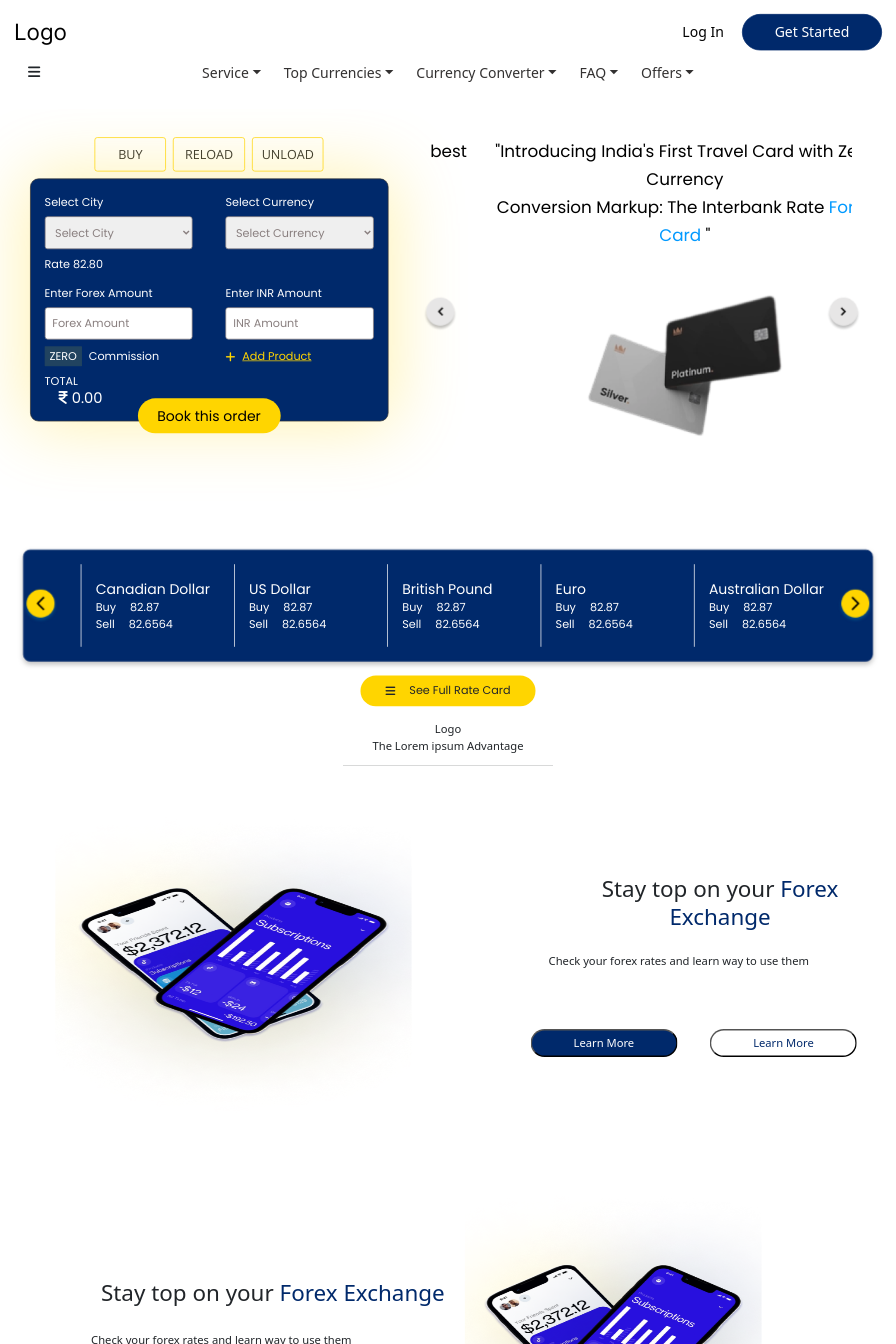
Repository: FlyweisReact/Akshadeep-latest
Page: /
These files come from the project's save history. The page is drawn as it stood at one moment and after the next save; the edit follows.
The browser window is 1280 px wide. The pictures show the part of the page from y = 0 to 1920 px (the page is 4613 px tall), at 70% of full size.
Some web libraries are served in a nearby version. The project was rebuilt for these pictures with package versions that can differ from the ones it lists, and the page was loaded fresh each time. Also part of the build but not shown: src/components/exchange.jsx, src/components/order_p1.jsx, src/components/order_p2.jsx, src/components/faas.jsx, src/components/offer.jsx, src/components/main2.jsx, src/components/home.jsx, src/components/slider.jsx and 6 more.

Above is the page before, as saved 2023-05-23 15:58:44.

### public/index.html
<!DOCTYPE html>
<html lang="en">
  <head>
    <meta charset="utf-8" />
    <link rel="icon" href="%PUBLIC_URL%/favicon.ico" />
    <meta name="viewport" content="width=device-width, initial-scale=1" />
    <meta name="theme-color" content="#000000" />
    <meta
      name="description"
      content="Web site created using create-react-app"
    />
    <link rel="apple-touch-icon" href="%PUBLIC_URL%/logo192.png" />

    <link rel="manifest" href="%PUBLIC_URL%/manifest.json" />
    <link rel="stylesheet" href="https://cdnjs.cloudflare.com/ajax/libs/font-awesome/5.15.3/css/all.min.css" />
    <link href="https://cdn.jsdelivr.net/npm/bootstrap@5.3.0-alpha1/dist/css/bootstrap.min.css" rel="stylesheet" integrity="sha384-GLhlTQ8iRABdZLl6O3oVMWSktQOp6b7In1Zl3/Jr59b6EGGoI1aFkw7cmDA6j6gD" crossorigin="anonymous">
    <title>React App</title>
  </head>
  <body>
    <noscript>You need to enable JavaScript to run this app.</noscript>
    <div id="root"></div>
    <script src="https://kit.fontawesome.com/b533b351e4.js" crossorigin="anonymous"></script>
  </body>
</html>

### src/components/Main.jsx
/** @format */

import React from "react";
import Navbar from "./navbar";
import "react-responsive-carousel/lib/styles/carousel.min.css";
import BottomCont from "./bottom_cont";
import Footer from "./footer";
import img from "../Images/a-7.png";
import img5 from "../Images/a-58.png";
import UpperForm from "./Component/Index/UpperForm";
import UpperSlider from "./Component/Index/UpperSlider";
import CurrencySlider from "./Component/Index/CurrencySlider";

function Main() {
  return (
    <>
      <Navbar />

      <div className="upper-two-component">
        <div className="left-component">
          <UpperForm />
        </div>
        <div className="right-component">
          <UpperSlider />
        </div>
      </div>

      <div className="Index-currency_cont">
        <CurrencySlider />
      </div>

      <div className="Index_center_button">
      <i className="fa-solid fa-bars"></i>
        <p>See Full Rate Card</p>
      </div>

      <div className="Index_center_Div">
        <div className="logo">
          Logo
        </div>
        <p>The Lorem ipsum Advantage</p>
        <hr />
      </div>



      <div className="main-2-cont">
        <div className="main-2-left">
          <img src={img} alt="" />
        </div>
        <div className="main-2-right">
          <h2>
            Stay top on your <spam className="sp">Forex Exchange</spam>
          </h2>
          <p>Check your forex rates and learn way to use them</p>
          <div className="main-2-r-btn">
            <button className="main-2l-btn">Learn More</button>
            <button className="main-2r-btn">Learn More</button>
          </div>
        </div>
      </div>
      <div className="main-3-cont">
        <div className="main-3-left">
          <h2>
            Stay top on your <spam className="sp">Forex Exchange</spam>
          </h2>
          <p>Check your forex rates and learn way to use them</p>
          <div className="main-2-r-btn">
            <button className="main-2l-btn">Learn More</button>
            <button className="main-2r-btn">Learn More</button>
          </div>
        </div>
        <div className="main-3-right">
          <img src={img} alt="" />
        </div>
      </div>
      <BottomCont />
      <Footer />
    </>
  );
}

export default Main;

### src/Style/Header.css
/** @format */

.Sticky-Header-Companent {
  height: 100%;
  background-color: var(--white);
  position: sticky;
  top: 0;
  z-index: 999;
  padding: 20px;
  transition: box-shadow 0.3s ease;
}

.scrolled {
  box-shadow: rgba(0, 0, 0, 0.24) 0px 3px 8px;
}

.Header {
  width: 100%;
  display: flex;
  justify-content: space-between;
  align-items: center;
}

.Header .left-component a {
  font-family: InterFont;
  font-size: 2rem;
  color: #000000;
  cursor: pointer;
  text-decoration: none;
}

.Header .right-component {
  display: flex;
  gap: 20px;
}
.Header .right-component .btn1 {
  font-weight: 500;
  font-size: var(--medium-font);
  color: var(--black);
  background-color: transparent;
  border: none;
}
.Header .right-component .btn2 {
  font-size: var(--medium-font);
  color: var(--white);
  background-color : #00296B;
  border: 1px solid #00296B;
  padding: 10px;
  width: 200px;
  border-radius: var(--half-border);
}

/* Category Drop- Down */
.Drop-Category-Bar {
  display: flex;
  align-items: center;
}
.Drop-Category-Bar .left-container {
  width: 20%;
  padding: 20px;
}

.Drop-Category-Bar .right-Container {
  display: flex;
  width: 60%;
  justify-content: space-evenly;
}

.Drop-Category-Bar .left-container i {
  font-size: var(--medium-font);
  cursor: pointer;
}
.Drop-Category-Bar .right-Container #dropdown-basic {
  border: none;
  font-size: var(--medium-font);
  font-style: normal;
  line-height: 29px;
  color: #333131;
}
.Drop-Category-Bar .right-Container #dropdown-button-drop-end {
  width: 100%;
  display: flex;
  justify-content: space-between;
  gap: 20px;
  align-items: center;
  font-size: var(--small-font);
  border: none;
}
.Drop-Category-Bar .right-Container .dropdown-item {
  width: 100%;
  font-size: var(--small-font);
  border: none;
  padding-left: 12px;
}

/* FullScreen Offcanvas */
.offcanvas.offcanvas-start {
  width: 100% !important;
  background-color: transparent;
}
.offcanvas-backdrop.show {
  opacity: 0.9 !important;
}
.Offcanvas-Menu {
  position: relative;
  padding: 20px;
}
.Offcanvas-Menu .fa-x {
  font-size: var(--medium-font);
  color: #fff;
  position: absolute;
  right: 20px;
  top: 20px;
  cursor: pointer;
}
.Offcanvas-Menu .Menu-Items {
  display: flex;
  justify-content: space-evenly;
  align-items: center;
  position: absolute;
  top: 50%;
  gap: 20px;
  left: 50%;
  transform: translate(-50%, -50%);
  width: 100%;
  padding-left: 5%;
  padding-right: 5%;
}
.Offcanvas-Menu .Menu-Items div {
  width: 20%;
  cursor: pointer;
}
.Offcanvas-Menu .Menu-Items div img {
  display: block;
  margin: auto;
}
.Offcanvas-Menu .Menu-Items div a {
  text-decoration: none;
}
.Offcanvas-Menu .Menu-Items p {
  font-size: var(--medium-font);
  color: #ffffff;
  text-align: center;
  margin-top: 10px;
  font-family: OpenFont;
  text-decoration: none;
  width: 100%;
}

### src/Style/Layout.css
/**
 * Two Section Component
 *
 * @format
 */

.upper-two-component {
  display: flex;
  justify-content: space-evenly;
  padding-top: 20px;
}
.upper-two-component .left-component {
  width: 40%;
}
.upper-two-component .right-component {
  width: 50%;
}

/* Currency Container */
.Index-currency_cont {
  width: 98%;
  margin: auto;
  padding: 20px;
  filter: drop-shadow(0px 4px 4px rgba(0, 0, 0, 0.25));
  padding-top: 5%;
}

/* Rate Button */
.Index_center_button {
  width: 250px;
  background: #ffd500;
  border-radius: 27px;
  display: flex;
  gap: 20px;
  justify-content: center;
  align-items: center;
  padding: 10px;
  margin: auto;
  cursor: pointer;
}
.Index_center_button i {
  margin: 0;
}
.Index_center_button p {
  margin: 0;
  font-family: PoppinFont;
  font-size: var(--extra-small-font);
}

/* Index_center_Div */
.Index_center_Div {
  width: 300px;
  display: block;
  margin: auto;
  padding-top: 20px;
  text-align: center;
}
.Index_center_Div .logo{

}

### src/Style/Component.css
/**
 * Upper Form Component
 *
 * @format
 */

.Index-Upper-Form {
  width: 100%;
  padding-top: 20px;
}
.Index-Upper-Form .button-container {
  display: flex;
  align-items: center;
  justify-content: center;
  gap: 10px;
  width: 100%;
}
.Index-Upper-Form .button-container button {
  background-color: #fff;
  color: #333;
  border: 1px solid #ffd500;
  font-size: var(--small-font);
  cursor: pointer;
  padding: 10px;
  width: 20%;
  font-family: OpenFont;
  border-radius: 4px;
  transition: 0.5s;
}
.Index-Upper-Form .button-container button:hover {
  background: #ffd500;
}
.Index-Upper-Form .form-cont {
  width: 100%;
  margin-top: 10px;
  background: #00296b;
  border: 1px solid #333131;
  box-shadow: 0px 0px 100px 8px rgba(255, 213, 0, 0.3);
  border-radius: 12px;
  position: relative;
  padding: 20px;
}
.Index-Upper-Form .form-cont .form-part-1 .two-cont {
  display: flex;
  justify-content: space-between;
  width: 100%;
}
.Index-Upper-Form .form-cont .form-part-1 .two-cont div {
  width: 45%;
}
.Index-Upper-Form .form-cont .form-part-1 .two-cont div label {
  color: var(--white);
  font-size: var(--extra-small-font);
  font-family: PoppinFont;
  line-height: 24px;
  color: #ffffff;
}

.Index-Upper-Form .form-cont .form-part-1 .two-cont div select {
  width: 100%;
  margin-top: 3px;
  outline: none;
  font-size: var(--extra-small-font);
  color: #897f7f;
  font-family: PoppinFont;
  padding: 10px;
  border-radius: 4px;
  border: 1px solid #897f7f;
}
.Index-Upper-Form .form-cont .form-part-1 .rate {
  font-size: 16px;
  line-height: 24px;
  color: #ffffff;
  margin-top: 10px;
  font-family: PoppinFont;
}
.Index-Upper-Form .form-cont .form-part-1 .two-cont div input {
  width: 100%;
  margin-top: 3px;
  outline: none;
  font-size: var(--extra-small-font);
  color: #897f7f;
  font-family: PoppinFont;
  padding: 10px;
  border-radius: 4px;
  border: 1px solid #897f7f;
}
.Index-Upper-Form .form-cont .form-part-1 .two-cont div input::placeholder {
  color: #897f7f;
}
.Index-Upper-Form .form-cont .form-part-1 .two-cont .two-section {
  display: flex;
  gap: 10px;
  color: var(--white);
  margin-top: 10px;
  align-items: center;
}
.Index-Upper-Form .form-cont .form-part-1 .two-cont .two-section p {
  margin: 0;
  font-family: PoppinFont;
}
.Index-Upper-Form .form-cont .form-part-1 .two-cont .two-section button {
  background-color: #214360;
  outline: none;
  border: 1px solid #214360;
  color: var(--white);
  font-family: PoppinFont;
}
.Index-Upper-Form .form-cont .form-part-1 .two-cont .two-section i {
  color: #ffd500;
}
.Index-Upper-Form .form-cont .form-part-1 .two-cont .two-section .add {
  color: #ffd500;
  text-decoration: underline;
}
.Index-Upper-Form .form-cont .ord-btn {
  font-size: var(--medium-font);
  font-family: PoppinFont;
  background: #ffd500;
  border-radius: 30.2748px;
  border: none;
  width: 40%;
  padding: 10px;
  display: block;
  margin: auto;
  position: absolute;
  top: 98%;
  cursor: pointer;
  left: 50%;
  transform: translate(-50%, -50%);
}

/* Slick Slider */
.slick-slider-Cont {
  position: relative;
}
.slick-slider-Cont .Prev-Next_cont {
  display: flex;
  justify-content: space-between;
}
.slick-slider-Cont .Prev-Next_cont .PrevImg {
  position: absolute;
  top: 50%;
  left: 5%;
  transform: translate(-50%, -50%);
  cursor: pointer;
}
.slick-slider-Cont .Prev-Next_cont .NextImg {
  position: absolute;
  top: 50%;
  left: 95%;
  transform: translate(-50%, -50%);
  cursor: pointer;
}

.Slick-Slider {
  height: 100%;
  padding: 20px;
}
.Slick-Slider .slider-container-div {
  width: 100%;
}
.Slick-Slider .slider-container-div p {
  font-family: PoppinFont;
  font-size: 24px;
  line-height: 40px;
  color: #000;
  text-align: center;
  margin: 0;
}
.Slick-Slider .slider-container-div img {
  display: block;
  margin: auto;
}
.Slick-Slider:focus {
  border: none !important;
}
.Slick-Slider:active {
  border: none !important;
}

.Slick-Slider .slider-container-div .two-comp {
  display: flex;
  justify-content: space-evenly;
  gap: 10px;
}
.Slick-Slider .slider-container-div .two-comp .left-comp {
  width: 45%;
  position: relative;
}
.Slick-Slider .slider-container-div .two-comp .left-comp img {
  position: absolute;
  top: 50%;
  left: 50%;
  transform: translate(-50%, -50%);
}
.Slick-Slider .slider-container-div .two-comp .right-comp {
  width: 60%;
}
.Slick-Slider .slider-container-div .two-comp .right-comp div {
  display: flex;
  padding-top: 20px;
  gap: 20px;
  align-items: center;
}
.Slick-Slider .slider-container-div .two-comp .right-comp p {
  margin: 0;
  font-size: var(--extra-small-font);
  line-height: normal;
  width: 90%;
  text-align: left;
}
.Slick-Slider .slider-container-div .two-comp .right-comp i {
  margin: 0;
  background-color: #00a067;
  color: #fff;
  border-radius: 100%;
  padding: 5px;
}


/* Currency-Slider  */
.currency_slider_cont{
  background-color: #00296B;
  border: 1px solid #00296B;
  border-radius: 10px;
  position: relative;
  width: 100%;
}
.currency_slider_cont .currency_slider{
  height: 100%;
  padding: 20px;
  padding-left: 5%;
  padding-right: 5%;
}
.currency_slider_cont .currency_slider:focus {
  border: none !important;
}
.currency_slider_cont .currency_slider:active {
  border: none !important;
}

.currency_slider_cont .currency_slider .Item{
  color: #fff;
  border-right: 1px solid #fff;
  padding: 20px;
  width: 20%;
}
.currency_slider_cont .currency_slider .Item p{
  margin: 0;
}
.currency_slider_cont .currency_slider .Item .head{
  font-family: PoppinFont;
  font-size: var(--medium-font);
}
.currency_slider_cont .currency_slider .Item .two_sec{
  display: flex;
  align-items: center;
  gap: 20px;
}
.currency_slider_cont .currency_slider .Item .two_sec p{
  font-family: PoppinFont;
font-size: var(--extra-small-font);
}
.currency_slider_cont .Prev-Next_cont {
  display: flex;
  justify-content: space-between;
}
.currency_slider_cont .Prev-Next_cont .PrevImg {
  position: absolute;
  top: 50%;
  left: 2%;
  transform: translate(-50%, -50%);
  cursor: pointer;
}
.currency_slider_cont .Prev-Next_cont .NextImg {
  position: absolute;
  top: 50%;
  left: 98%;
  transform: translate(-50%, -50%);
  cursor: pointer;
}

.slick-prev:before {
  display: none !important;
}
.slick-next:before{
  display: none
  ;
}

### src/components/navbar.jsx
import Header from "./Layout/Header";

const Navbar = () => {
  return (
    <>
      <Header />

    </>
  );
};

export default Navbar;

### src/components/bottom_cont.jsx
import React from "react";
import img from "../Images/a-33.png";
import img2 from "../Images/a-34.png";
import img3 from "../Images/a-35.png";
import img4 from "../Images/a-36.png";
import img5 from "../Images/a-37.png";
import img6 from "../Images/a-51.png";

const BotCont = () => {
  return (
    <>
      <div className="bot-part-1">
        <div className="bot-cont-imgs">
          <div>
            <img src={img} />
            <h6>USD 1 Billion+</h6>
            <p>Exchanged so far</p>
          </div>
          <div>
            <img src={img2} />
            <h6>3,00,000+</h6>
            <p>Happy Customers</p>
          </div>
          <div>
            <img src={img3} />
            <h6>5000+</h6>
            <p>Banks and Money Exchangers</p>
          </div>
        </div>
      </div>
      <div className="bot-part-3">
        <img src={img6} />
      </div>
      <div className="bot-part-2">
        <h3>Media Mentions</h3>
        <div className="bot-part-2-sub">
          <div className="bot-cont-card">
            <h4>Loren Ipsum Id best Platform out there</h4>
            <p>
              Lorem Ipsum is simply dummy text of the printing and typesetting
              industry. Lorem Ipsum has been the industry's standard dummy text
              ever since the 1500s, when an unknown printer took a galley of
              type and scrambled it to make a type specimen book.
            </p>
            <div className="thin-line"></div>
            <div className="bot-cont-card-2">
              <img src={img4} />
              <p>5 star</p>
            </div>
          </div>
          <div className="bot-cont-card">
            <h4>Loren Ipsum Id best Platform out there</h4>
            <p>
              Lorem Ipsum is simply dummy text of the printing and typesetting
              industry. Lorem Ipsum has been the industry's standard dummy text
              ever since the 1500s, when an unknown printer took a galley of
              type and scrambled it to make a type specimen book.
            </p>
            <div className="thin-line"></div>
            <div className="bot-cont-card-2">
              <img src={img5} style={{height:"40px"}} />
              <p>5 star</p>
            </div>
          </div>
        </div>
      </div>
    </>
  );
};

export default BotCont;

### src/components/footer.jsx
import React from "react";

const Footer = () => {
  return (
    <footer className="footer">
      <div className="footer-cont">
        <div className="foot-row">
          <div className="foot-col">
            <h3>Company</h3>
            <p>About Us</p>
            <p>Contact Us</p>
            <p>Careers</p>
          </div>
          <div className="foot-col">
            <h3>Services</h3>
            <p>Prepaid Travel Card</p>
            <p>Foreign Demand Draft</p>
            <p>Foreign Currency</p>
            <p>Educational Loans</p>
            <p>Remmittance</p>
            <p>Travel Insurance</p>
            <p>Forex as a Service (Faas Solution)</p>
          </div>
          <div className="foot-col">
            <h3>Quick Links</h3>
            <p>FAQs</p>
            <p>Cancellation & Refund Policy</p>
            <p>Forex Rates</p>
            <p>Our Policies</p>
            <p>Terms of Use</p>
            <p>Site Map</p>
            <p>Offers</p>
          </div>
          <div className="foot-col">
            <h3>Insight</h3>
            <p>Blogs</p>
            <p>Press Release</p>
            <p>Foreign Currency</p>
            <p>Educational Loans</p>
            <p>Remmittance</p>
            <p>Travel Insurance</p>
            <p>Forex as a Service (Faas Solution)</p>
          </div>
          <div className="foot-col">
            <h3>Registered Office Address</h3>
            <p>Lorem Ipsum Pvt ltd.</p>
            <p>P-701 to P-705 lorem ipsum , 7th floor, 11th tower, panchsheel primerose, vatista
                , Gurugram, Hariyana
            </p>
            {/*<ul className="social-icons">
              <li>
                <a href="#">
                  <i className="fab fa-facebook-f"></i>
                </a>
              </li>
              <li>
                <a href="#">
                  <i className="fab fa-twitter"></i>
                </a>
              </li>
              <li>
                <a href="#">
                  <i className="fab fa-linkedin"></i>
                </a>
              </li>
              <li>
                <a href="#">
                  <i className="fab fa-instagram"></i>
                </a>
              </li>
            </ul>*/}
          </div>
        </div>
      </div>
      <div className="footer-bottom">
        <p>&copy; 2023 Forex Inc. All Rights Reserved.</p>
      </div>
    </footer>
  );
};

export default Footer;

### src/components/signup.jsx
import Button from "react-bootstrap/Button";
import Modal from "react-bootstrap/Modal";

function MyVerticallyCenteredModal(props) {
  return (
    <Modal
      {...props}
      size="lg"
      aria-labelledby="contained-modal-title-vcenter"
      centered
    >
      <Modal.Body>
        <div className="popupe-container">
          <div className="popupe">
            <span className="close" onClick={props.onHide}>
              &times;
            </span>
            <h2 className="form-title">Register</h2>
            <form>
              <div class="form-groupe">
                <label for="name" className="label-inp">Name</label>
                <input type="text" id="name" name="name" placeholder="Enter your name here" />
              </div>
              <div class="form-groupe">
                <label for="mobile" className="label-inp">Mobile Number</label>
                <input type="email" id="email" name="email" placeholder="Enter your mobile no here"/>
              </div>
              <div class="form-groupe">
                <label for="email" className="label-inp">Email</label>
                <input type="email" id="email" name="email" placeholder="Enter your email here"/>
              </div>
              <button type="submit" className="btn-form-submit">Submit</button>
            </form>
            <h2 className="form-title">Or</h2>
            <div className="form-bot-cont">
              <div className="left-btn">
                  <button className="btn-2">
                  <i class="fab fa-facebook-f fc" ></i>
                  facebook</button>
              </div>
              <div className="right-btn">
                  <button className="btn-2">
                  <i class="fab fa-google-plus-g gl"></i>
                    Google</button>
              </div>
            </div>
            </div>
          </div>
      </Modal.Body>
    </Modal>
  );
}

export default MyVerticallyCenteredModal;

### src/components/login.jsx

import Modal from "react-bootstrap/Modal";

function MyVerticallyCenteredModal(props) {
  return (
    <Modal
      {...props}
      size="lg"
      aria-labelledby="contained-modal-title-vcenter"
      centered
    >
      <Modal.Body>
        <div className="popupe-container">
          <div className="popupe">
            <span className="close" onClick={props.onHide}>
              &times;
            </span>
            <h2 className="form-title">Login</h2>
            <form>
              <div class="form-groupe">
                <label for="name" className="label-inp">Mobile Number/ Email Id</label>
                <input type="text" id="name" name="name" placeholder="Enter mobile number/ email Id" />
              </div>
              <button type="submit" className="btn-form-submit">Submit</button>
            </form>
            </div>
            <h2 className="form-title">Or</h2>
            <div className="form-bot-cont">
              <div className="left-btn">
                  <button className="btn-2">
                  <i class="fab fa-facebook-f fc" ></i>
                  facebook</button>
              </div>
              <div className="right-btn">
                  <button className="btn-2">
                  <i class="fab fa-google-plus-g gl"></i>
                    Google</button>
              </div>
            </div>
          </div>
      </Modal.Body>
    </Modal>
  );
}

export default MyVerticallyCenteredModal;

Loaded but not shown: src/Json/menu.json (187 lines, source omitted); src/components/Component/Index/UpperSlider.js (180 lines, source omitted); src/components/Component/Index/CurrencySlider.js (162 lines, source omitted); src/components/Component/Index/UpperForm.js (74 lines, source omitted); src/components/Layout/DropBar.js (60 lines, source omitted); src/components/Layout/Sidebar.js (70 lines, source omitted); src/App.js (50 lines, source omitted); src/components/Layout/Header.js (56 lines, source omitted); src/index.js (13 lines, source omitted); src/index.css (2406 lines, source omitted)

After the next save:
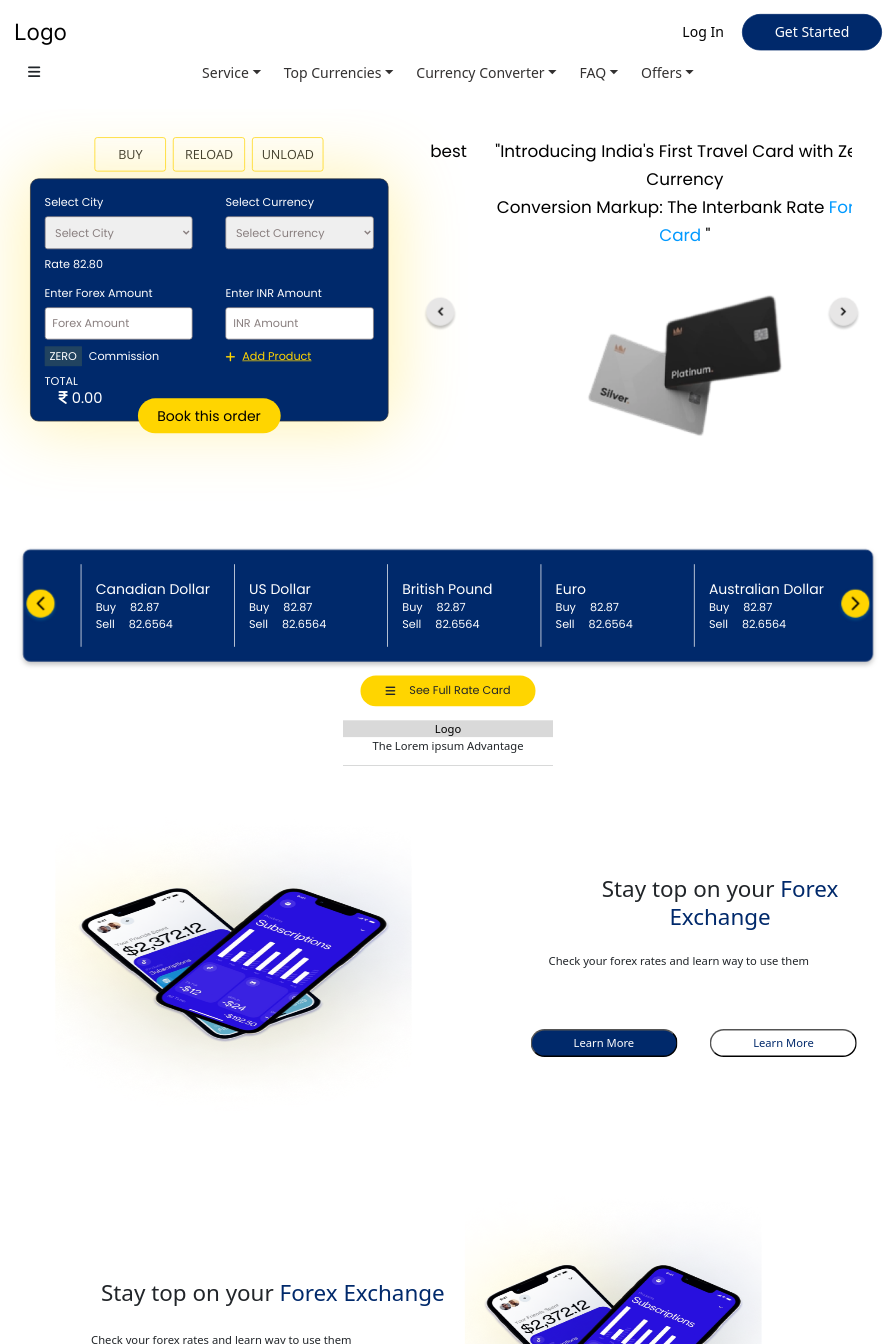
Saved 16 s later.
--- a/src/Style/Layout.css
+++ b/src/Style/Layout.css
@@ -57,4 +57,6 @@
 }
 .Index_center_Div .logo{
 
+    background-color: #D9D9D9;
+    color: #000;
 }
